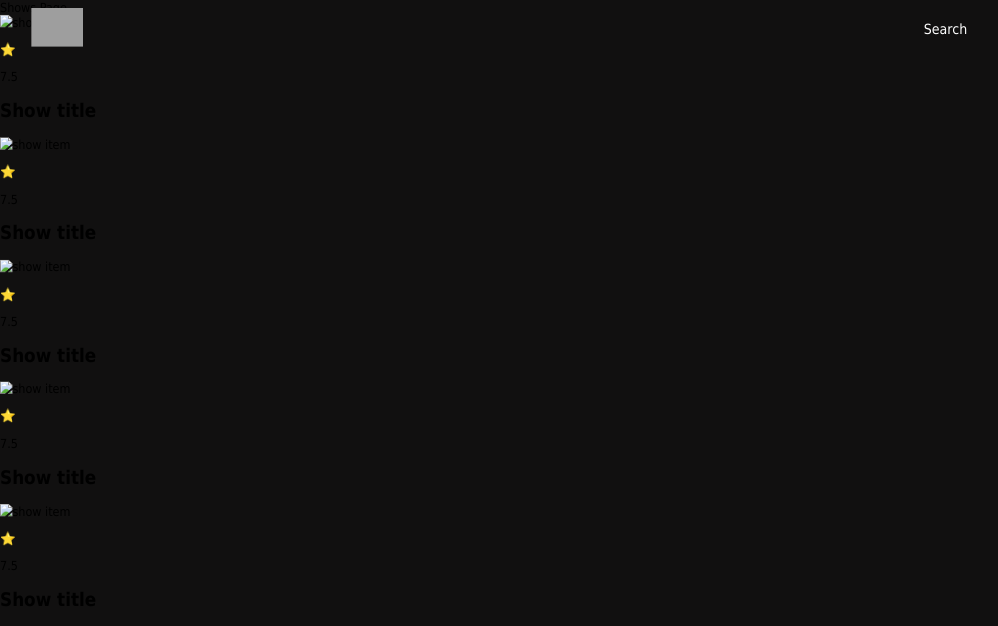
Repository: ahmedhamed15/React-Movies-App
Page: /#/show/1
The author's editor kept a copy of each file at every save. The page is drawn from the files as they stood at one save, then again after the next save.
The browser window is 1280 px wide. The pictures show the whole page, at 78% of full size.
Pictures or frames that could not be fetched are drawn as grey boxes. The project was rebuilt for these pictures with package versions that can differ from the ones it lists, and the page was loaded fresh each time. Also part of the build but not shown: src/Components/Search/Search.js, src/Pages/HomePage.js, src/Pages/SearchPage.js.

Above is the page before, as saved 2021-07-18 21:36:51.

After the next save:
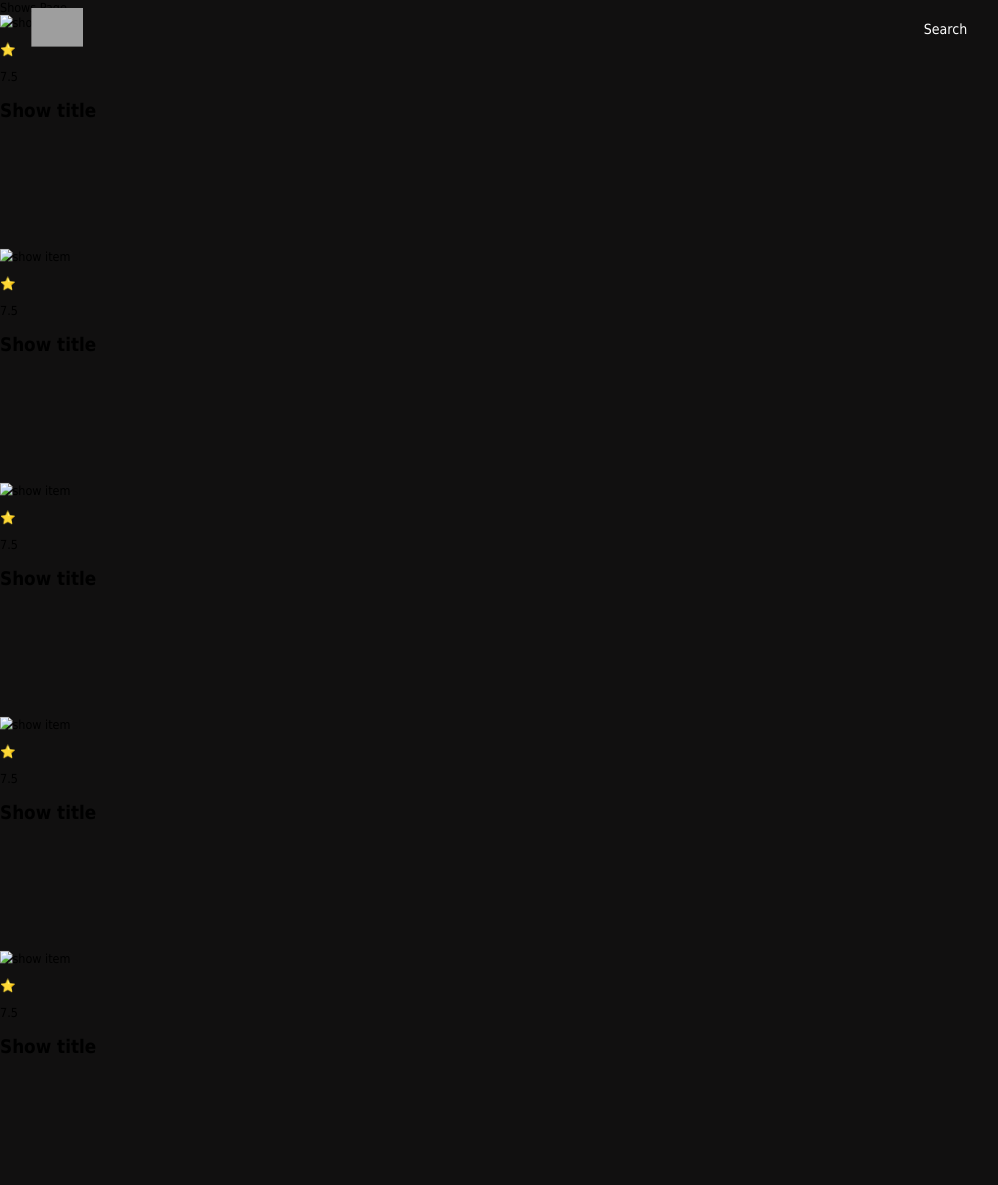
Saved 33 s later.
--- a/src/assets/index.css
+++ b/src/assets/index.css
@@ -95,3 +95,6 @@ header a:hover {
   color: #FFF;
   background-color: #f5853f;
 }
+.show-item {
+  height: 300px;
+}
